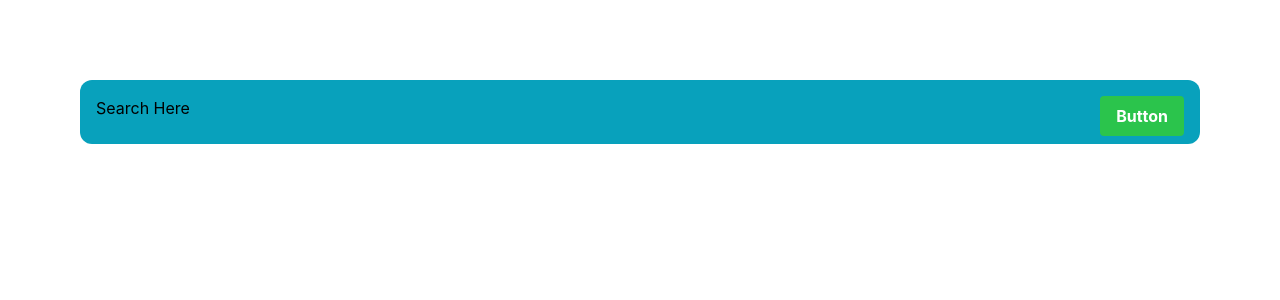
Repository: arafatmollah/pharma
Page: /
These files come from the project's save history. The page is drawn as it stood at one moment and after the next save; the edit follows.
The browser window is 1280 px wide. The pictures show the whole page.
The project was rebuilt for these pictures with package versions that can differ from the ones it lists, and the page was loaded fresh each time.

Above is the page before, as saved 2023-03-12 01:08:54.

After the next save:
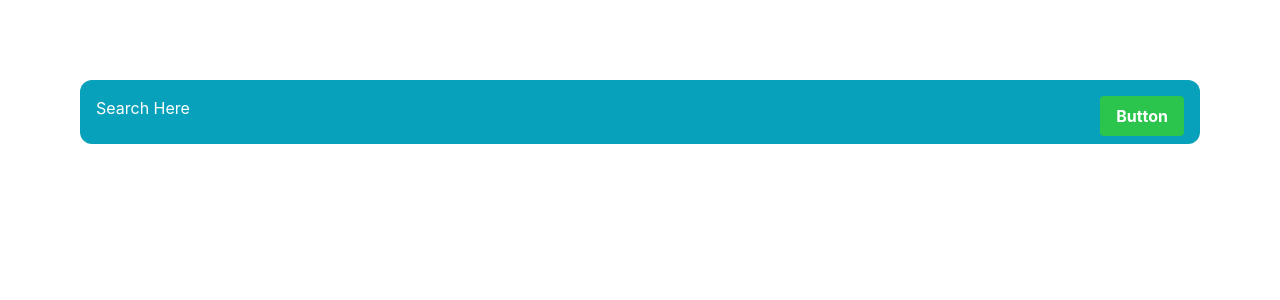
Saved 42 s later.
--- a/src/Nav.js
+++ b/src/Nav.js
@@ -6,7 +6,7 @@ function Nav() {
     <div>
         <div className='box-border h-16 w-100 p-4 m-20 rounded-xl'>
           <div className='flex justify-between align-middle'>
-                <p className='white'>Search Here</p>
+                <p className='text-white'>Search Here</p>
                 <button class="btn"> Button</button>
           </div>
         </div>
